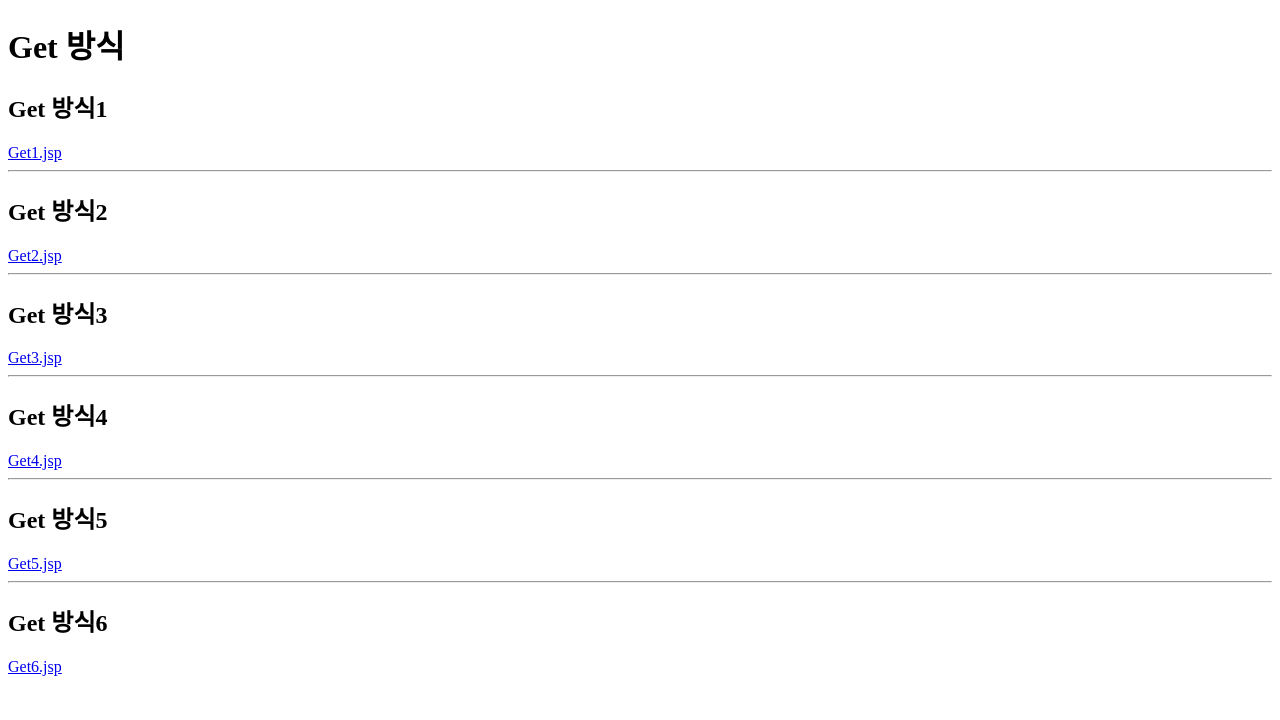
Repository: dllgkdud/pro4
Page: http://localhost/pro04/WEB-INF/views/sample/main.jsp
The author's editor kept a copy of each file at every save. The page is drawn from the files as they stood at one save, then again after the next save.
The browser window is 1280 px wide. The pictures show the whole page.
The page is served by Tomcat 9. Nobody is signed in. Other server files are loaded and not shown. The template is opened directly, without the code that normally fills it, so the values that code supplies are empty.

Above is the page before, as saved 2022-11-22 02:28:27.

### pro04/src/main/webapp/WEB-INF/views/sample/main.jsp
<%@ page language="java" contentType="text/html; charset=UTF-8"
    pageEncoding="UTF-8"%>
<%@ taglib prefix="c" uri="http://java.sun.com/jsp/jstl/core"  %>
<%@ taglib prefix="fmt" uri="http://java.sun.com/jsp/jstl/fmt" %>
<!DOCTYPE html>
<html>
<head>
	<meta charset="UTF-8">
	<meta http-equiv="X-UA-Compatible" content="IE=edge">
	<meta name="viewport" content="width=device-width, initial-scale=1.0">
<title>스프링 데이터 전송</title>
</head>
<body>
	<h1>Get 방식</h1>
	<h2>Get 방식1</h2>
	<div>
		<a href="./sample/get1?id=admin&pw=1234">Get1.jsp</a>
	</div>
	<hr>
	<h2>Get 방식2</h2>
	<div>
		<a href="./sample/get2?id=admin&pw=1234">Get2.jsp</a>
	</div>
	<hr>
	<h2>Get 방식3</h2>
	<div>
		<a href="./sample/get2?id=admin&pw=1234">Get3.jsp</a>
	</div>
	<hr>
	<h2>Get 방식4</h2>
	<div>
		<a href="./sample/get2?id=admin&pw=1234">Get4.jsp</a>
	</div>
	<hr>
	<h2>Get 방식5</h2>
	<div>
		<a href="./sample/get2?id=admin&pw=1234">Get5.jsp</a>
	</div>
	<hr>
	<h2>Get 방식6</h2>
	<div>
		<a href="./sample/get2?id=admin&pw=1234">Get6.jsp</a>
	</div>
</body>
</html>

After the next save:
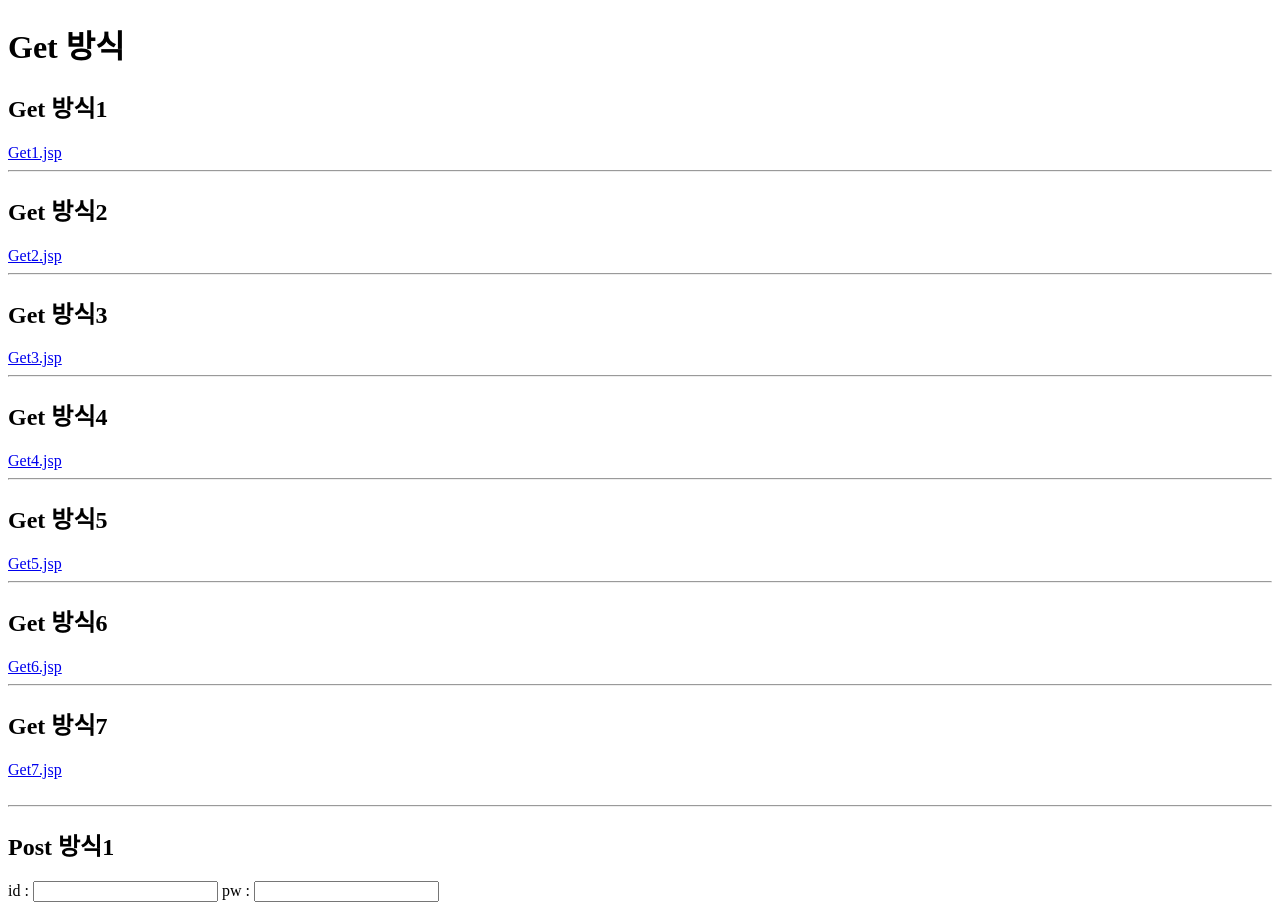
Saved 13 min 4 s later.
--- a/pro04/src/main/webapp/WEB-INF/views/sample/main.jsp
+++ b/pro04/src/main/webapp/WEB-INF/views/sample/main.jsp
@@ -41,5 +41,20 @@
 	<div>
 		<a href="./sample/get2?id=admin&pw=1234">Get6.jsp</a>
 	</div>
+	<hr>
+	<h2>Get 방식7</h2>
+	<div>
+		<a href="./sample/get2?id=admin&pw=1234">Get7.jsp</a>
+	</div>
+	<br>
+	<hr>
+	<h2>Post 방식1</h2>
+	<div>
+		<form action="./post1" method="post">
+		id : <input type="text" name="id" id="id" required />
+		pw : <input type="password" name="pw" id="pw" required />
+
+		</form>
+	</div>
 </body>
 </html>
